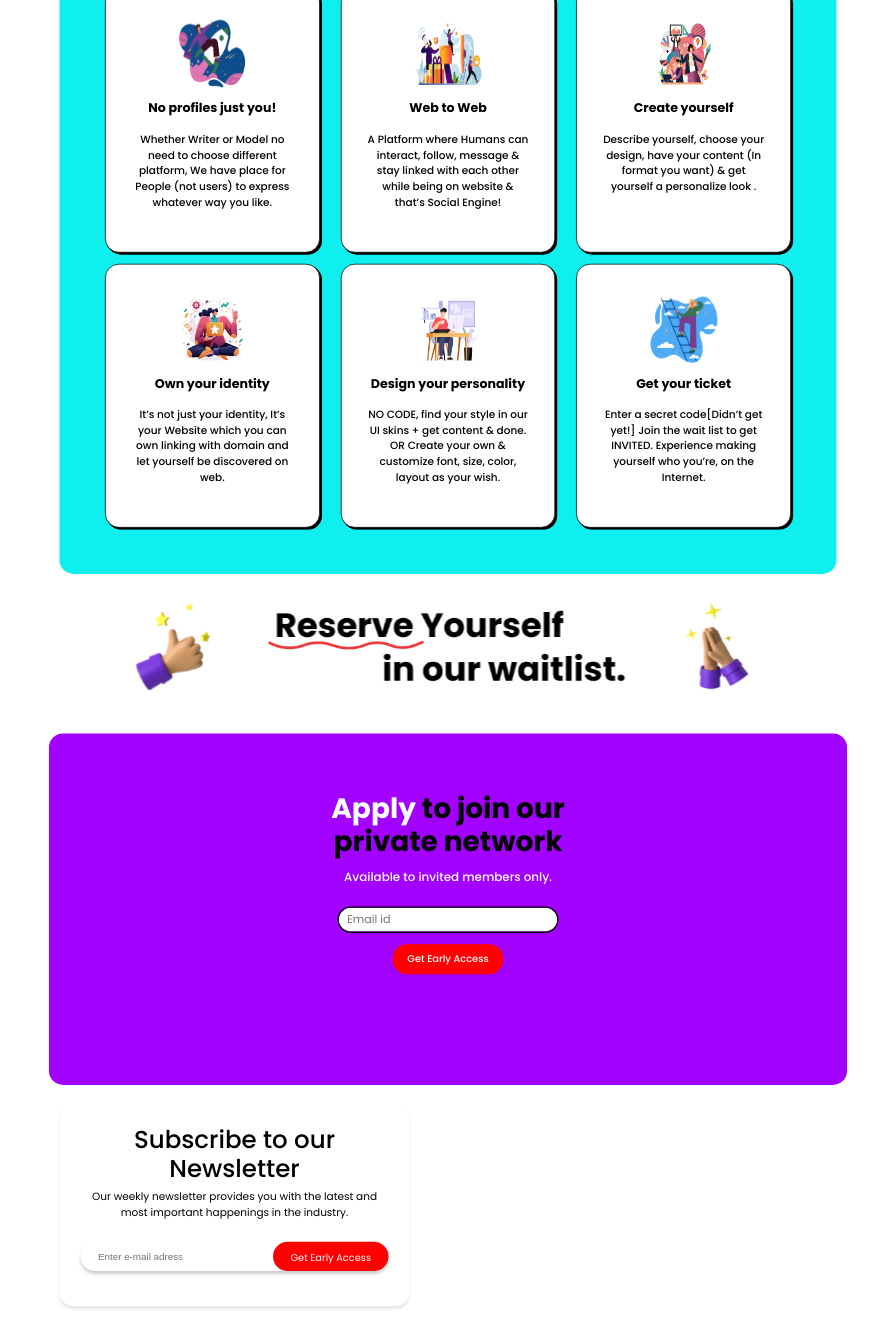
Repository: itsmesikandar/swavy.in.github.io
Page: index.html
The author's editor kept a copy of each file at every save. The page is drawn from the files as they stood at one save, then again after the next save.
The browser window is 1280 px wide. The pictures show the part of the page from y = 3757 to 5677 px (the page is 5677 px tall before and 5540 px after), at 70% of full size.

Above is the page before, as saved 2023-02-24 19:38:35.
Console error: TypeError: Cannot read properties of undefined (reading 'fn')

### index.html
<!DOCTYPE html>
<html lang="en">
<head>
  <title>Swavy | Not Just Social Media</title>
  <link rel="icon" type="image/x-icon" href="/images/favicon.png">
  <meta charset="UTF-8">
  <meta name="viewport" content="width=device-width, initial-scale=1.0">
  <meta http-equiv="X-UA-Compatible" content="ie=edge">
  <link rel="stylesheet" href="vendors/owl-carousel/css/owl.carousel.min.css">
  <link rel="stylesheet" href="vendors/owl-carousel/css/owl.theme.default.css">
  <link rel="stylesheet" href="vendors/mdi/css/materialdesignicons.min.css">
  <link rel="stylesheet" href="vendors/aos/css/aos.css">
  <link rel="stylesheet" href="css/style.min.css">
  <link rel="stylesheet" href="css/style.css">
  <link rel="stylesheet"
        href="https://cdnjs.cloudflare.com/ajax/libs/OwlCarousel2/2.3.4/assets/owl.carousel.min.css"
        integrity="sha512-tS3S5qG0BlhnQROyJXvNjeEM4UpMXHrQfTGmbQ1gKmelCxlSEBUaxhRBj/EFTzpbP4RVSrpEikbmdJobCvhE3g=="
        crossorigin="anonymous" />
  <link rel="stylesheet"
        href="https://cdnjs.cloudflare.com/ajax/libs/OwlCarousel2/2.3.4/assets/owl.theme.default.min.css"
        integrity="sha512-sMXtMNL1zRzolHYKEujM2AqCLUR9F2C4/05cdbxjjLSRvMQIciEPCQZo++nk7go3BtSuK9kfa/s+a4f4i5pLkw=="
        crossorigin="anonymous" />

</head>
<body id="body" data-spy="scroll" data-target=".navbar" data-offset="100">
  <header id="header-section">
    <nav class="navbar navbar-expand-lg pl-3 pl-sm-0 py-4" id="navbar">
      <div class="container">
        <div class="navbar-brand-wrapper d-flex ">
          <h4 style="color:rgb(253, 81, 1); font-size: 18px; font-weight: 600;">#NotJustSocialMedia</h4>
        </div>
      </div>
    </nav>
  </header>
  <div class="content-wrapper">
    <div class="container bg_color_zero">
      <section class="row align-items-center justify-content-center">

        <div class=" col-lg-offset-2 col-lg-5 col-md-6 mt-4 ">
          <div class="">
            <h1 class="m-0 font-wt-h1 mb-4">Discover the best<br> form of yourself</h1>
            <p class="font-wt-h ">Where humans create themselves, not Platform!</p>
            <img onclick="imgClick()" class="mt-2 section-hero" width="60%" src="images/img-top.png" >
          </div>
        </div>
        <div class="col-lg-5 col-md-6 ">
          <div class="py-5" id="imgr">
            <img src="images/vlog.png" >
          </div>
        </div>
      </div>
      <!-- <h1 class="font-weight-semibold margin-top" id="ht">Discover<br>The Best Form Of Yourself</h1>
      <h5 class="font-weight-normal text-muted pb-3">Where humans create themselves, not Platform.</h5>
      <img src="images/hero-img.png" alt="" class="img-fluid"> -->
    </div>
  </div>
      <div class="content-wrapper ">

        <div class="container">

          <section class="features-overview bg_color_first " id="features-section" >

            <div class="content-header  ">
              <h2 class="section-subtitle color-white"><b>Where you can</b></h4>
              <h2 class="color-white"><b>Show what you are but better.</b></h4>
            </div>

            <div class="d-md-flex justify-content-between mx-5">
              <div class="grid-margin justify-content-center bg_color_white box-shadow-3d-a mx-5 px-2">
                <div class="features-width text-center py-3 pt-5">
                  <img src="images/nomore.png" width="100" height="100" alt="" class="img-icons">
                  <h5 class="py-3 font-weigh-sub">No More<br>Default Profiles</h5>
                  <p class="text-muted font-wt-p">Forget that default profile design that matches with Billions other!</p>
                </div>
              </div>
              <div class="grid-margin  justify-content-center bg_color_white box-shadow-3d-b mx-5 px-2">
                <div class="features-width text-center py-3 pt-5">
                  <img src="images/noplatform.jpg" width="100" height="100" alt="" class="img-icons">
                  <h5 class="py-3 font-weigh-sub">No Need Of<br>Different Platform</h5>
                  <p class="text-muted font-wt-p">Does platform limits you expression: some allows video, image or text only?
                  </p>
                </div>
              </div>
              <div class="grid-margin justify-content-center bg_color_white box-shadow-3d-c mx-5 px-2">
                <div class="features-width text-center py-3 pt-5">
                  <img src="images/tenent.png" width="100" height="100" alt="" class="img-icons">
                  <h5 class="py-3 font-weigh-sub">You No Need<br>To Live As Tenant</h5>
                  <p class="text-muted font-wt-p">Own your virtual identity, like you own your real life.~Web+Domain, for free.</p>
                </div>
              </div>
            </div>
          </section>

          <div class="col-12 text-center pb-4">
            <h2 class="section-subtitle mt-5"><b>Bring Your Ideas Into Life</b></h2>
          </div>

          <section class=" features-overview customer-feedback bg_color_second" id="feedback-section">
            <div class="container">
              <div class="row">
                <div class="col-12 paa-5">
                  <div class="owl-carousel owl-theme">
                    <div class="card customer-cards">
                      <img src="images/educator.png"  alt="" >
                    </div>
                    <div class="card customer-cards">
                      <img src="images/creator.png"  alt="" >
                    </div>
                    <div class="card customer-cards">
                      <img src="images/model.png"  alt="" >
                    </div>
                    <div class="card customer-cards">
                      <img src="images/writer.png"  alt="" >
                    </div>
                  </div>
                </div>
              </div>
            </div>

          </section>

          <section class="features-overview bg_color_third " id="features-section" >
            <div class="container">
              <div class="row align-items-center ">
                <div class="col-12  col-lg-offset-1 col-lg-6 grid-margin grid-margin-lg-0 align-left pl-5 pt-5 pb-5 align-items-center justify-content-center" data-aos="fade-right">
                  <h2 class="m-0 font-wt-h3 mb-5">Makes your Personality<br>visible like your<br>Identity.</h2>
                  <div class="col-lg-12  font-wt-wb box-shadow-3d-d">
                    <p class=" font-wt-c mt-2">Whether you are a model who never skips shooting, a blogger who writes about his life and publishes online, or a seller who sends products with happiness.</p>
                    <p class="font-wt-c ">Whatever your personality is, it can now be reflected online, No Different Platform.</p>
                    <h4 class="font-wt-p color-black">#PlaceForAll</h4>
                  </div>
                </div>
                <div class="col-12  col-lg-6  img-digital grid-margin grid-margin-lg-0 pr-5 pt-5 pb-5" data-aos="fade-left">
                  <div class="carousel slide" data-ride="carousel">
                    <div class="carousel-inner">
                      <div class="carousel-item active">
                        <img src="images/vlog.png" alt="" class="img-fluid d-block w-100">
                      </div>
                      <div class="carousel-item ">
                        <img src="images/show.png" alt="" class="img-fluid d-block w-100">
                      </div>
                      <div class="carousel-item ">
                        <img src="images/podcast.png" alt="" class="img-fluid d-block w-100">
                      </div>
                      <div class="carousel-item ">
                        <img src="images/sell.png" alt="" class="img-fluid d-block w-100">
                      </div>
                    </div>
                  </div>
                </div>
              </div>
            </div>
          </section>

          <section class="features-overview bg_color_fourth " id="features-section" >
            <div class="container">
              <div class="row align-items-center ">
                <div class="col-12 col-lg-6  img-digital grid-margin grid-margin-lg-0 pl-5 pt-5 pb-5 " data-aos="fade-right">
                  <div class="carousel slide" data-ride="carousel">
                    <div class="carousel-inner">
                      <div class="carousel-item active">
                        <img src="images/class.png" alt="" class="img-fluid d-block w-100">
                      </div>
                      <div class="carousel-item ">
                        <img src="images/radhika.png" alt="" class="img-fluid d-block w-100">
                      </div>
                      <div class="carousel-item ">
                        <img src="images/news.png" alt="" class="img-fluid d-block w-100">
                      </div>
                    </div>
                  </div>
                </div>
                <div class="col-12 col-lg-6 col-lg-offset-1 grid-margin grid-margin-lg-0 align-left pr-5 pt-5 pb-5" data-aos="fade-left">
                  <h3 class="m-0 font-wt-h3 mb-5">Share your knowledge<br> with people around the world.</h3>
                  <div class="col-lg-12  font-wt-wb box-shadow-3d-d">
                    <p class="font-wt-c mt-2">Now you don't need any medium to publish articles, Don't need to create an app to teach or be on TV to spread your cooking skills.</p>
                    <p class="font-wt-c">Just create, design and connect with everyone, through website to website!.</p>
                    <h4 class="font-wt-p color-black">#PlaceWhereHumanExists</h4>
                  </div>
                </div>
              </div>
            </div>
          </section>

          <div class="col-12 text-center py-4 mt-2">
            <h2><b>Be the human that exist in<br>real world.</b></h2>
          </div>

          <section class="case-studies bg_color_fifth" id="case-studies-section">
            <div class="container">
              <div class="row ">


                <div class="col-12 col-md-6 col-lg-4 stretch-card mb-3 mb-lg-3 " data-aos="zoom-in">
                  <div class="card customer-cards font-wt-wb box-shadow-3d-e">
                    <div class="card-body">
                      <div class="text-center">
                        <img src="images/goalive.png" width="100" height="100" alt="" class="img-customer">
                        <div class="content-divider m-auto"></div>
                        <h6 class="card-title pt-3 font-weigh-sub">No profiles just you!</h6>
                        <p class="m-0 py-3  font-wt-p">Whether Writer or Model no need to choose different platform, We have place for People (not users) to express whatever way you like.</p>
                      </div>
                    </div>
                  </div>
                </div>

                <div class="col-12 col-md-6 col-lg-4 stretch-card mb-3 mb-lg-3 " data-aos="zoom-in" data-aos-delay="200">
                  <div class="card customer-cards card customer-cards font-wt-wb box-shadow-3d-e">
                    <div class="card-body">
                      <div class="text-center">
                        <img src="images/friends.jpg" width="100" height="100" alt="" class="img-customer">
                        <div class="content-divider m-auto"></div>
                        <h6 class="card-title pt-3 font-weigh-sub">Web to Web</h6>
                        <p class="m-0 py-3 font-wt-p">A Platform where Humans can interact, follow, message & stay linked with each other while being on website & that’s Social Engine!</p>
                      </div>
                    </div>
                  </div>
                </div>

                <div class="col-12 col-md-6 col-lg-4 stretch-card mb-3 mb-lg-3" data-aos="zoom-in" data-aos-delay="400">
                  <div class="card customer-cards font-wt-wb box-shadow-3d-e">
                    <div class="card-body">
                      <div class="text-center">
                        <img src="images/create.jpg" width="100" height="100" alt="" class="img-customer">
                        <div class="content-divider m-auto"></div>
                        <h6 class="card-title pt-3 font-weigh-sub">Create yourself</h6>
                        <p class="m-0 py-3 font-wt-p">Describe yourself, choose your design, have your content (In format you want) & get yourself a personalize look .</p>
                      </div>
                    </div>
                  </div>
                </div>

                <div class="col-12 col-md-6 col-lg-4 stretch-card mb-3 mb-lg-3" data-aos="zoom-in" data-aos-delay="600">
                  <div class="card customer-cards font-wt-wb box-shadow-3d-e">
                    <div class="card-body">
                      <div class="text-center">
                        <img src="images/own.jpg" width="100" height="100" alt="" class="img-customer">
                        <div class="content-divider m-auto"></div>
                        <h6 class="card-title pt-3 font-weigh-sub">Own your identity</h6>
                        <p class="m-0 py-3 font-wt-p">It’s not just your identity, It’s your Website which you can own linking with domain and let yourself be discovered on web.</p>
                      </div>
                    </div>
                  </div>
                </div>

                <div class="col-12 col-md-6 col-lg-4 stretch-card mb-3 mb-lg-3" data-aos="zoom-in" data-aos-delay="400">
                  <div class="card customer-cards font-wt-wb box-shadow-3d-e">
                    <div class="card-body">
                      <div class="text-center">
                        <img src="images/design.jpg" width="100" height="100" alt="" class="img-customer">
                        <div class="content-divider m-auto"></div>
                        <h6 class="card-title pt-3 font-weigh-sub">Design your personality</h6>
                        <p class="m-0 py-3 font-wt-p">NO CODE, find your style in our UI skins + get content & done. OR Create your own & customize font, size, color, layout as your wish.</p>
                      </div>
                    </div>
                  </div>
                </div>

                <div class="col-12 col-md-6 col-lg-4 stretch-card mb-3 mb-lg-3" data-aos="zoom-in" data-aos-delay="600">
                  <div class="card customer-cards font-wt-wb box-shadow-3d-e">
                    <div class="card-body">
                      <div class="text-center">
                        <img src="images/ticket.png" width="100" height="100" alt="" class="img-customer">
                        <div class="content-divider m-auto"></div>
                        <h6 class="card-title pt-3 font-weigh-sub">Get your ticket</h6>
                        <p class="m-0 py-3 font-wt-p">Enter a secret code[Didn’t get yet!] Join the wait list to get INVITED. Experience making yourself who you’re, on the Internet.</p>
                      </div>
                    </div>
                  </div>
                </div>

              </div>
            </div>
          </section>

        </div>

        <div class="content-wrapper ">
          <div class="container">
              <div class="row justify-content-center align-items-center">
                  <div class="col-sm-2 col-md-2 col-lg-2" data-aos="zoom-in">
                    <img  src="images/img-left.png" alt="" class="img-fluid">
                  </div>
                  <div class="col-sm-8 col-md-8 col-lg-6 " data-aos="zoom-in">
                    <img  src="images/img-middle.png" alt="" class="img-fluid">
                  </div>
                  <div class="col-sm-2 col-md-2 col-lg-2 " data-aos="zoom-in">
                    <img  src="images/img-right.png" alt="" class="img-fluid">
                  </div>
              </div>
          </div>
        </div>


        <section class="text-center align-items-center "  >
          <div class="container  bg_color_sixth ">
            <div class="contact-us-bgimage py-2 grid-margin " >
              <div class="py-4">
                <h1 class="px-3 px-md-0 m-0 fw" data-aos="fade-down"><span class="color-white">Apply</span> to join our<br>private network</h1>
                <h6 class="mt-3 color-white">Available to invited members only.</h6>
              </div>

              <div data-aos="fade-up" >
                <div class="col-12  offset-sm-3 col-sm-6 offset-sm-3 offset-lg-4 col-lg-4 offset-lg-4 ">
                  <form name="submit-to-google-sheet" id="myForm">
                    <input type="email" name="Email" class="input-form-control r-20" id="Email" placeholder="Email id">
                    <div class="pt-3">
                      <button  type="submit" class="btn btn-danger font-weight-medium r-20">Get Early Access</button>
                    </div>
                  </form>
                </div>
              </div>
            </div>
          </div>
        </section>

        <div class="content-wrapper">
          <div class="container">
            <div class="box">
              <h2>Subscribe to our Newsletter</h2>
              <p>Our weekly newsletter provides you with the latest and most important happenings in the industry.</p>
              <div class="form-controlto">
                <input type="text" class="inputto" placeholder="Enter e-mail adress" />
                <button class="btnto">Get Early Access</button>
              </div>
            </div>
          </div>
        </div>
      </div>

  <script>
       !function(){var analytics=window.analytics=window.analytics||[];if(!analytics.initialize)if(analytics.invoked)window.console&&console.error&&console.error("Segment snippet included twice.");else{analytics.invoked=!0;analytics.methods=["trackSubmit","trackClick","trackLink","trackForm","pageview","identify","reset","group","track","ready","alias","debug","page","once","off","on","addSourceMiddleware","addIntegrationMiddleware","setAnonymousId","addDestinationMiddleware"];analytics.factory=function(e){return function(){var t=Array.prototype.slice.call(arguments);t.unshift(e);analytics.push(t);return analytics}};for(var e=0;e<analytics.methods.length;e++){var key=analytics.methods[e];analytics[key]=analytics.factory(key)}analytics.load=function(key,e){var t=document.createElement("script");t.type="text/javascript";t.async=!0;t.src="https://cdn.segment.com/analytics.js/v1/" + key + "/analytics.min.js";var n=document.getElementsByTagName("script")[0];n.parentNode.insertBefore(t,n);analytics._loadOptions=e};analytics._writeKey="sy1jEkZRdvqaCf5dOWhj4yyXbsgHlnL4";;analytics.SNIPPET_VERSION="4.15.3";
        analytics.load("sy1jEkZRdvqaCf5dOWhj4yyXbsgHlnL4");
        analytics.page();
        }}();


    const scriptURL = 'https://script.google.com/macros/s/AKfycbxXpgQgQMZqhFNl4IiDehqWTr5-PkKsvUA7oIWJAg1q1VEVA7wHIRvszY07XR8cTBPduQ/exec'
    const form = document.forms['submit-to-google-sheet']
    //const formm = document.forms['submit-to-google-sheet']
    const fr = document.getElementById("myForm")

    const toSroll = document.getElementById("page-bottom")

    function imgClick() {
      toSroll.scrollIntoView({behavior:"smooth"})
    }

    // document.getElementById("gcode").onclick() = function() {
    //   console.error(" Clicked is working fine ")
    // }


    form.addEventListener('submit', e => {
      e.preventDefault()
      fetch(scriptURL, { method: 'POST', body: new FormData(form)})
        .then(response =>
        fr.reset())
        .catch(error => console.error('Error!!!!!!', error.message))
    })

  </script>
  <script src="https://cdnjs.cloudflare.com/ajax/libs/OwlCarousel2/2.3.4/owl.carousel.min.js"
  integrity="sha512-bPs7Ae6pVvhOSiIcyUClR7/q2OAsRiovw4vAkX+zJbw3ShAeeqezq50RIIcIURq7Oa20rW2n2q+fyXBNcU9lrw=="
  crossorigin="anonymous"></script>
  <script src="vendors/jquery/jquery.min.js"></script>
  <script src="vendors/bootstrap/bootstrap.min.js"></script>
  <script src="vendors/owl-carousel/js/owl.carousel.min.js"></script>
  <script src="vendors/aos/js/aos.js"></script>
  <script src="js/landingpage.js"></script>
</body>
</html>

### js/landingpage.js
// HEADER ANIMATION
window.onscroll = function() {scrollFunction()};
var element = document.getElementById("body");
function scrollFunction() {
  if (document.body.scrollTop > 400 || document.documentElement.scrollTop > 400) {
      $(".navbar").addClass("fixed-top");
      element.classList.add("header-small");
      $("body").addClass("body-top-padding");

  } else {
      $(".navbar").removeClass("fixed-top");
      element.classList.remove("header-small");
      $("body").removeClass("body-top-padding");
  }
}

// OWL-CAROUSAL
$('.owl-carousel').owlCarousel({
    items: 3,
    loop:true,
    nav:false,
    dot:true,
    autoplay: true,
    slideTransition: 'linear',
    autoplayHoverPause: true,
    responsive:{
      0:{
          items:1
      },
      600:{
          items:2
      },
      1000:{
          items:3
      }
  }
})

// SCROLLSPY
$(document).ready(function() {
  $(".nav-link").click(function() {
      var t = $(this).attr("href");
      $("html, body").animate({
          scrollTop: $(t).offset().top - 75
      }, {
          duration: 1000,
      });
      $('body').scrollspy({ target: '.navbar',offset: $(t).offset().top });
      return false;
  });

});

// AOS
AOS.init({
    offset: 120,
    delay: 0,
    duration: 1200,
    easing: 'ease',
    once: true,
    mirror: false,
    anchorPlacement: 'top-bottom',
    disable: "mobile"
  });

//SIDEBAR-OPEN
  $('#navbarSupportedContent').on('hidden.bs.collapse', function () {
    $("body").removeClass("sidebar-open");
  })

  $('#navbarSupportedContent').on('shown.bs.collapse', function () {
    $("body").addClass("sidebar-open");
  })


  window.onresize = function() {
    var w = window.innerWidth;
    if(w>=992) {
      $('body').removeClass('sidebar-open');
      $('#navbarSupportedContent').removeClass('show');
    }
  }

Loaded but not shown: vendors/owl-carousel/css/owl.carousel.min.css (library); vendors/owl-carousel/css/owl.theme.default.css (common file); vendors/mdi/css/materialdesignicons.min.css (library); vendors/aos/css/aos.css (library); css/style.min.css (library); css/style.css (library); vendors/jquery/jquery.min.js (library); vendors/bootstrap/bootstrap.min.js (library); vendors/owl-carousel/js/owl.carousel.min.js (library); vendors/aos/js/aos.js (library)

After the next save:
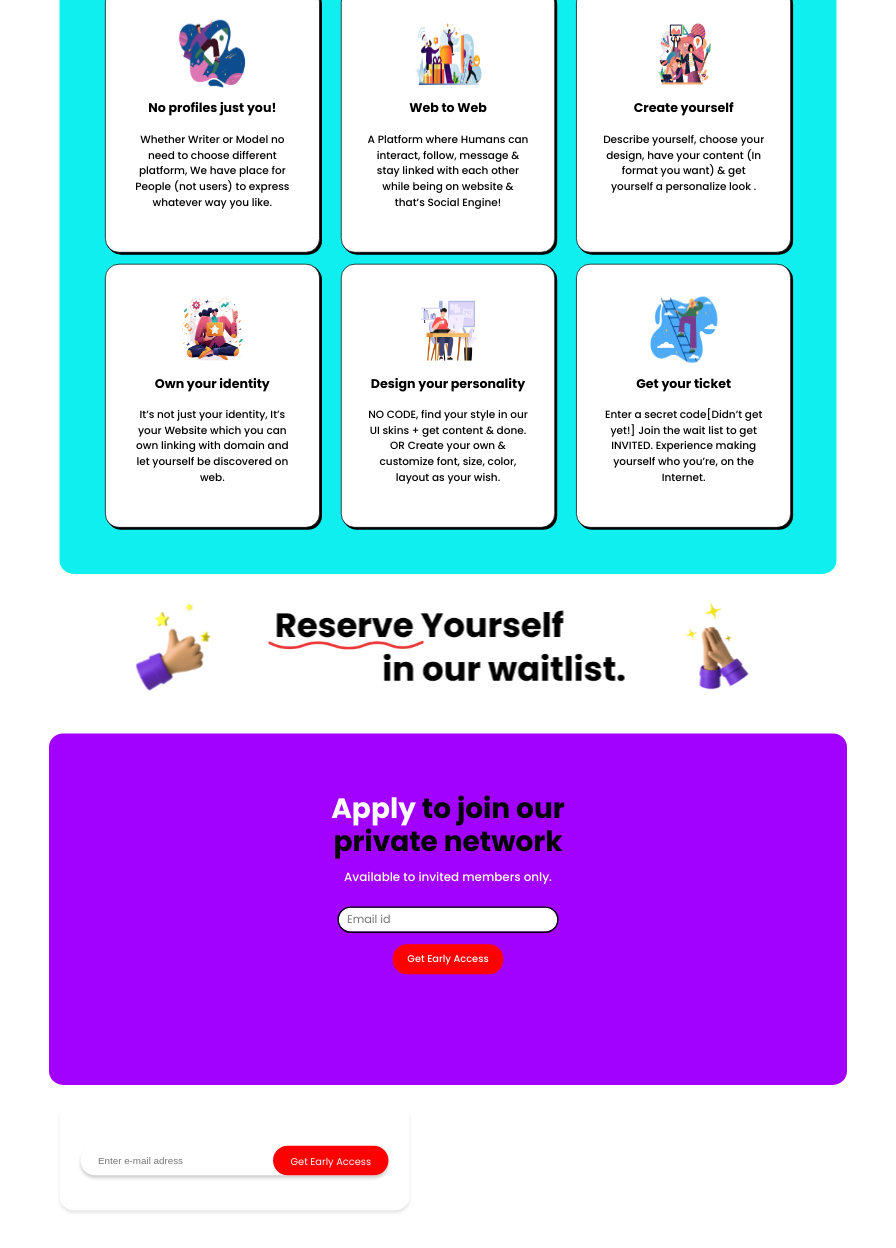
Saved 28 s later.
--- a/index.html
+++ b/index.html
@@ -317,8 +317,6 @@
         <div class="content-wrapper">
           <div class="container">
             <div class="box">
-              <h2>Subscribe to our Newsletter</h2>
-              <p>Our weekly newsletter provides you with the latest and most important happenings in the industry.</p>
               <div class="form-controlto">
                 <input type="text" class="inputto" placeholder="Enter e-mail adress" />
                 <button class="btnto">Get Early Access</button>
